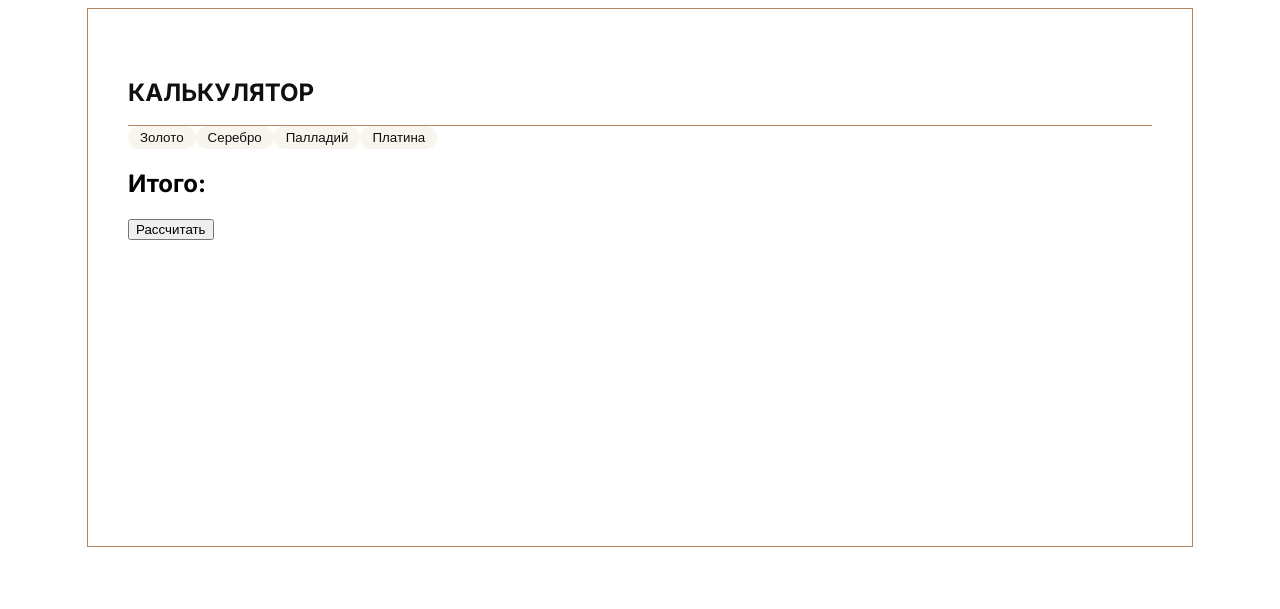
Repository: Kirill2034/Calculator-metal
Page: /
These files come from the project's save history. The page is drawn as it stood at one moment and after the next save; the edit follows.
The browser window is 1280 px wide. The pictures show the whole page.
The project was rebuilt for these pictures with package versions that can differ from the ones it lists, and the page was loaded fresh each time.

Above is the page before, as saved 2021-11-27 18:32:25.

After the next save:
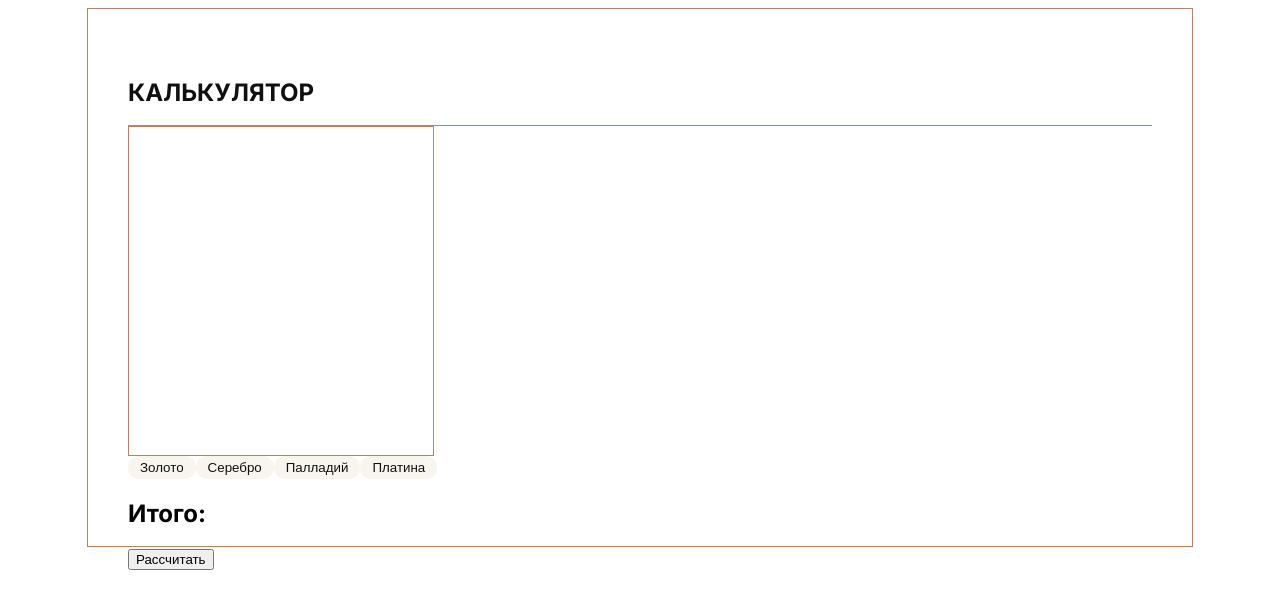
Saved 62 s later.
--- a/src/App.css
+++ b/src/App.css
@@ -1,2 +1,3 @@
 .App {width: 1024px; height: 537px; border: 1px solid #B48565; margin: 0 auto; font-family: 'Inter', sans-serif; padding: 0 40px;}
 .App .title {border-bottom: 1px solid #B48565; text-transform: uppercase; font-weight: 900; font-size: 16px; line-height: 24px; color: #101010; margin-top: 72px;}
+.App .calculator .metal-image {width: 304px; height: 328px; border: 1px solid #B48565}
